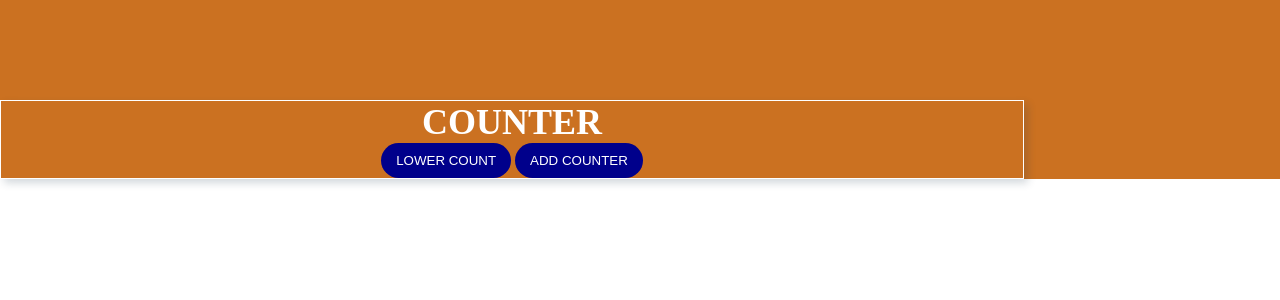
Repository: lusine-tech/counter
Page: index.html
These files come from the project's save history. The page is drawn as it stood at one moment and after the next save; the edit follows.
The browser window is 1280 px wide. The pictures show the whole page.

Above is the page before, as saved 2022-02-14 16:59:15.

### index.html
<!DOCTYPE html>
<html lang="en">
<head>
    <meta charset="UTF-8">
    <meta http-equiv="X-UA-Compatible" content="IE=edge">
    <meta name="viewport" content="width=device-width, initial-scale=1.0">
    <link rel="stylesheet" href="style.css">
    <title>counter</title>
</head>
<body>
    <section class="background">
        <div class="block">
            <h3 class="title">Counter</h3>
            <p class="num"></p>
    <div class="buttons">
       <button class="btn" id="btn-left">lower count</button>
       <button class="btn" id="btn-right">add Counter</button>
    </div>
    </div>
    </section>
   <script src="/script.js"></script>
</body>
</html>

### style.css
*{
    margin: 0;
    padding: 0;
    box-sizing: border-box;
}

.background {
    width: 100wh;
    height: 100w;
    background-color: #cb7121;
    text-align: center;
   padding-top: 100px;
}

.block {
    width: 80%;
    border: 1px solid #fff;
    -webkit-box-shadow: 4px 4px 8px 0px rgba(34, 60, 80, 0.2);
-moz-box-shadow: 4px 4px 8px 0px rgba(34, 60, 80, 0.2);
box-shadow: 4px 4px 8px 0px rgba(34, 60, 80, 0.2);
}
.title {
    color: #fff;
    font-size: 36px;
    text-transform: uppercase;
}
.num {
    font-size: 56px;
}
.btn {
    padding: 10px 15px;
    color: #fff;
    border-radius: 20px;
    cursor: pointer;
    transition: 0.5s ease;
    border: none;
    outline: none;
    background-color: #00008B;
    text-transform: uppercase;
}

Loaded but not shown: script.js (no copy from this time; the picture is the same without it)

After the next save:
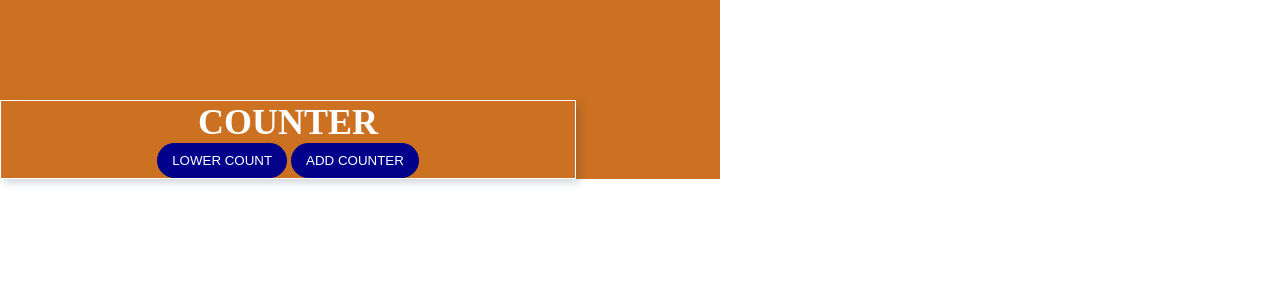
Saved 7 s later.
--- a/style.css
+++ b/style.css
@@ -5,7 +5,7 @@
 }
 
 .background {
-    width: 100wh;
+    width: 100vh;
     height: 100w;
     background-color: #cb7121;
     text-align: center;
